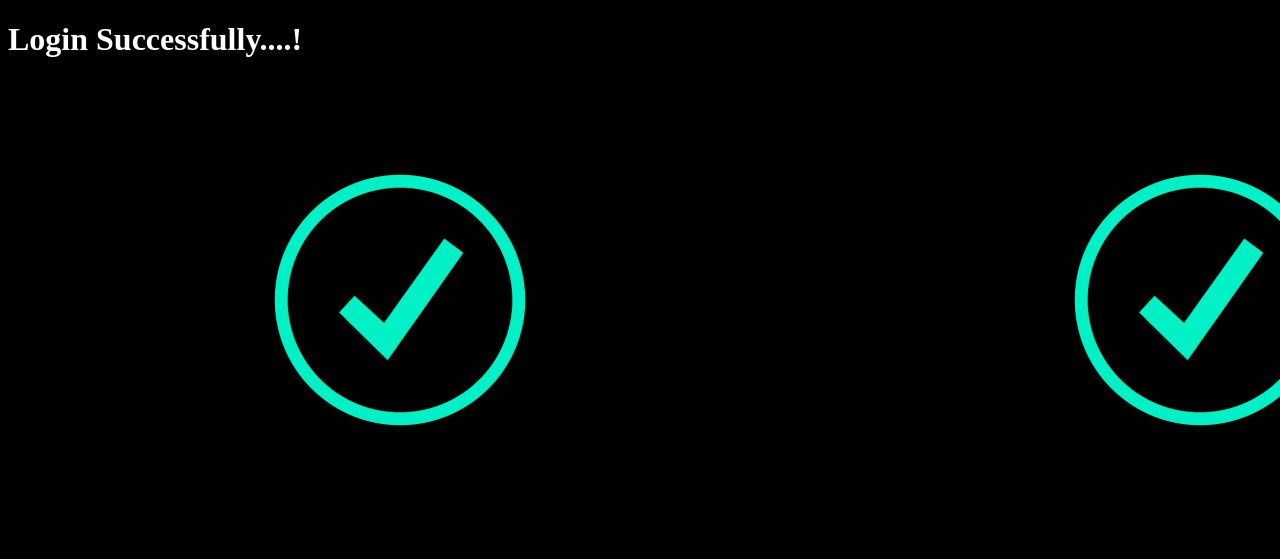
Repository: Kartik-Karle51/OIBSIP
Page: Login_Authentication/LoginAuthentication/src/main/webapp/success.html
These files come from the project's save history. The page is drawn as it stood at one moment and after the next save; the edit follows.
The browser window is 1280 px wide. The pictures show the whole page.

Above is the page before, as saved 2024-12-06 18:09:50.

### Login_Authentication/LoginAuthentication/src/main/webapp/success.html
<!DOCTYPE html>
<html>
<head>
<meta charset="UTF-8">
<title>Insert title here</title>
<style type="text/css">
body{
background-image: url("Check mark animation.gif");
}
h1{
color:white;
}
</style>

</head>
<body >
<h1>Login Successfully....!</h1>
</body>
</html>

After the next save:
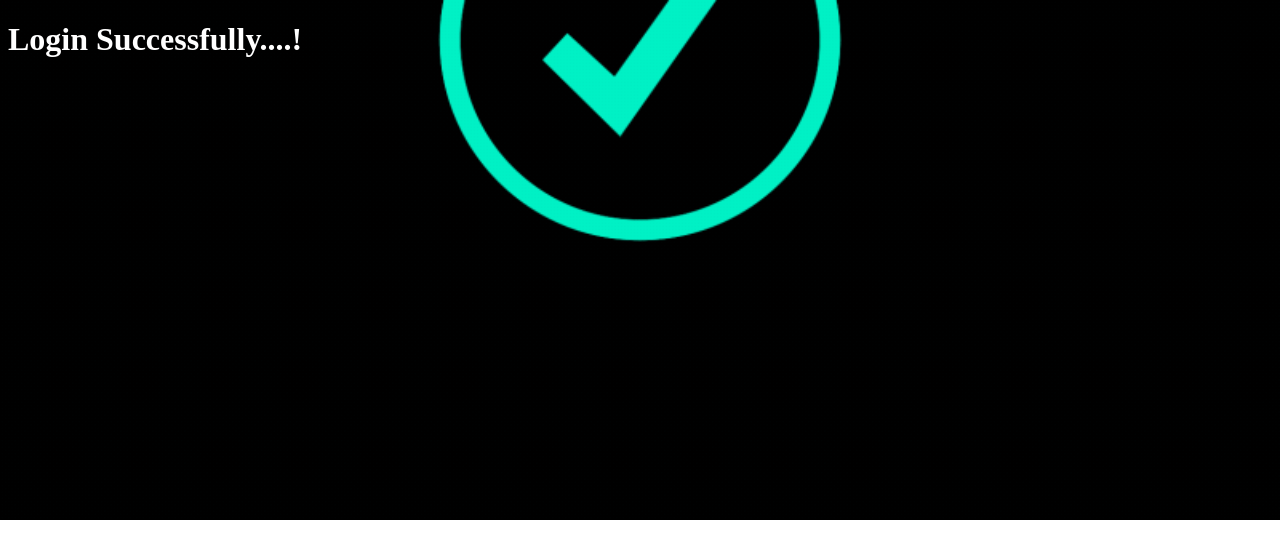
Saved 31 s later.
--- a/Login_Authentication/LoginAuthentication/src/main/webapp/success.html
+++ b/Login_Authentication/LoginAuthentication/src/main/webapp/success.html
@@ -6,6 +6,9 @@
 <style type="text/css">
 body{
 background-image: url("Check mark animation.gif");
+background-position: center;
+background-size: cover;
+background-repeat: no-repeat;
 }
 h1{
 color:white;
